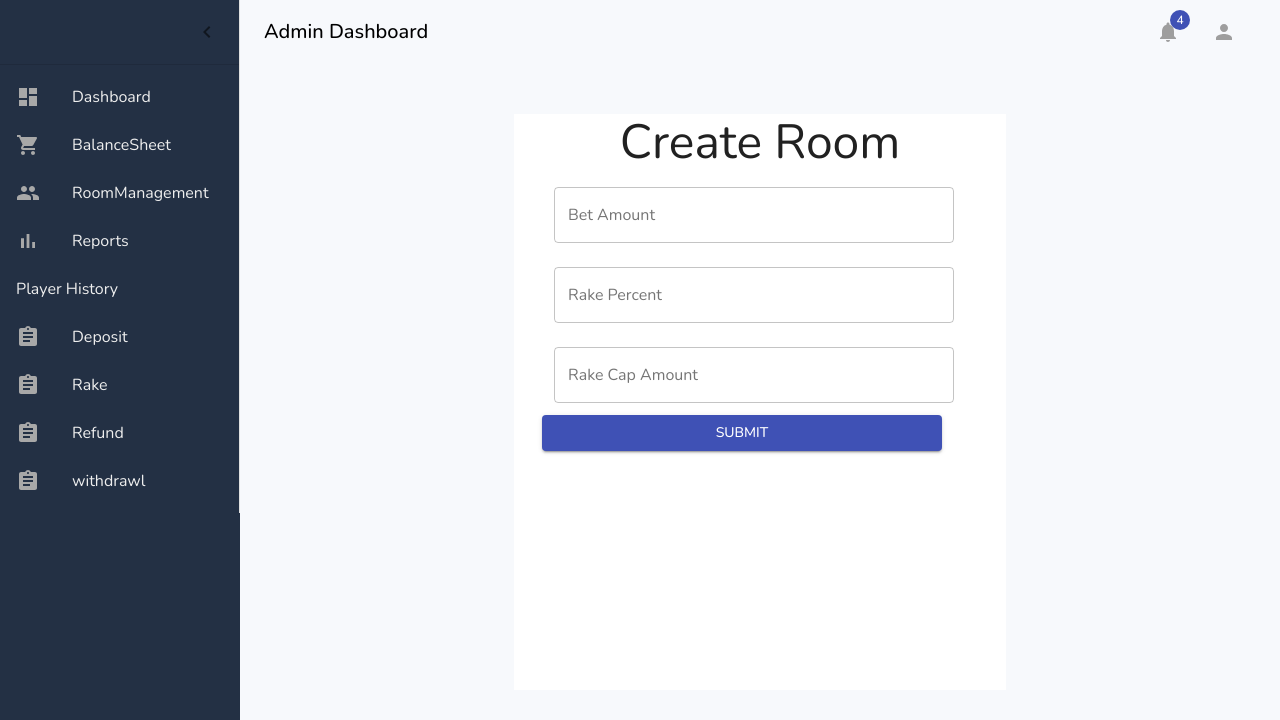
Repository: imayankbisht/ludofrontend
Page: /create
An editor plug-in stored every save of this project. The page is shown before and after the next save, followed by the edit.
The browser window is 1280 px wide. The pictures show the whole page.
The project was rebuilt for these pictures with package versions that can differ from the ones it lists, and the page was loaded fresh each time. Also part of the build but not shown: src/Components/Title.js, src/Components/Cards/Deposits.js, src/Components/Cards/Cashout.js, src/Components/Cards/Netbalance.js, src/Components/Cards/Rake.js, src/Components/Cards/Refund.js, src/Components/UserControl.js, src/Components/UserTable.js and 5 more.

Above is the page before, as saved 2021-01-20 13:11:15.

### src/App.js
import React from 'react';
import './App.css';
import {
  BrowserRouter as Router,
  Switch,
  Route,
 Redirect
} from "react-router-dom";
// import SignInOutContainer from './containers';
import Dashboard from './Components/Dashboard';
import Login from './Components/login';
// import RoomManagement from './Container/RoomManagement';
import UserManagement from './Components/UserManagement';
import UserForm from './Components/UserForm';
import EditForm from './Components/EditForm';
import BalanceSheet from './Components/balanceSheet';
import Routes from './routes';
import Main from './Container/Main';
 function App(props) {
  return (
    <div className="App">
  <Router >

   <Main/>
  </Router>


      </div>
  );
}


export default App;

### src/App.css
.App {
  /* text-align: center; */

}

.App-logo {
  height: 40vmin;
  pointer-events: none;
}

@media (prefers-reduced-motion: no-preference) {
  .App-logo {
    animation: App-logo-spin infinite 20s linear;
  }
}

.App-header {
  background-color: #282c34;
  min-height: 100vh;
  display: flex;
  flex-direction: column;
  align-items: center;
  justify-content: center;
  font-size: calc(10px + 2vmin);
  color: white;
}

.App-link {
  color: #61dafb;
}

@keyframes App-logo-spin {
  from {
    transform: rotate(0deg);
  }
  to {
    transform: rotate(360deg);
  }
}

### src/Components/Dashboard.js
import React from 'react';
import clsx from 'clsx';
import { makeStyles } from '@material-ui/core/styles';
import CssBaseline from '@material-ui/core/CssBaseline';
import Drawer from '@material-ui/core/Drawer';
import Box from '@material-ui/core/Box';
import AppBar from '@material-ui/core/AppBar';
import Toolbar from '@material-ui/core/Toolbar';
import List from '@material-ui/core/List';
import Typography from '@material-ui/core/Typography';
import Divider from '@material-ui/core/Divider';
import IconButton from '@material-ui/core/IconButton';
import Badge from '@material-ui/core/Badge';
import Container from '@material-ui/core/Container';
import Grid from '@material-ui/core/Grid';
import Paper from '@material-ui/core/Paper';
// import Link from '@material-ui/core/Link';
import MenuIcon from '@material-ui/icons/Menu';
import ChevronLeftIcon from '@material-ui/icons/ChevronLeft';
import NotificationsIcon from '@material-ui/icons/Notifications';
import Deposits from './Cards/Deposits';
import MenuItem from "@material-ui/core/MenuItem";
import MenuList from "@material-ui/core/MenuList";
import Hidden from "@material-ui/core/Hidden";
import Grow from "@material-ui/core/Grow";
import Poppers from "@material-ui/core/Popper";
import ClickAwayListener from "@material-ui/core/ClickAwayListener";
import Person from "@material-ui/icons/Person";
import classNames from "classnames";
import Button from "@material-ui/core/Button";
import {Link, Redirect} from 'react-router-dom';
import "typeface-nunito";
import  Cashout from './Cards/Cashout';
import Netbalance from './Cards/Netbalance';
import Rake from './Cards/Rake';
import Refund from './Cards/Refund';
import UserManagement from './UserManagement';
import routes from '../routes'
import { Switch, Route} from "react-router-dom";
import ListItem from '@material-ui/core/ListItem';
import ListItemIcon from '@material-ui/core/ListItemIcon';
import BalanceSheet from './balanceSheet';
import Sidebar from './Sidebar';
import Routes from '../routes';
import { ThemeProvider, createMuiTheme } from '@material-ui/core/styles';
const theme = createMuiTheme({

  typography: {
      fontFamily: [
        'Nunito',
        'serif',
      ].join(','),
  },
});

const drawerWidth = 240;

const useStyles = makeStyles((theme) => ({
  root: {
    display: 'flex',
  },
  toolbar: {
    paddingRight: 24, // keep right padding when drawer closed
  },
  toolbarIcon: {
    display: 'flex',
    alignItems: 'center',
    justifyContent: 'flex-end',
    padding: '0 8px',
    ...theme.mixins.toolbar,
  },
  appBar: {
    zIndex: theme.zIndex.drawer + 1,
    transition: theme.transitions.create(['width', 'margin'], {
      easing: theme.transitions.easing.sharp,
      duration: theme.transitions.duration.leavingScreen,
    }),
  },
  appBarShift: {
    marginLeft: drawerWidth,
    width: `calc(100% - ${drawerWidth}px)`,
    transition: theme.transitions.create(['width', 'margin'], {
      easing: theme.transitions.easing.sharp,
      duration: theme.transitions.duration.enteringScreen,
    }),
  },
  menuButton: {
    marginRight: 36,
  },
  menuButtonHidden: {
    display: 'none',
  },
  title: {
    flexGrow: 1,
  },
  drawerPaper: {
    position: 'relative',
    whiteSpace: 'nowrap',
    width: drawerWidth,
    transition: theme.transitions.create('width', {
      easing: theme.transitions.easing.sharp,
      duration: theme.transitions.duration.enteringScreen,
    }),
  },
  drawerPaperClose: {
    overflowX: 'hidden',
    transition: theme.transitions.create('width', {
      easing: theme.transitions.easing.sharp,
      duration: theme.transitions.duration.leavingScreen,
    }),
    width: theme.spacing(7),
    [theme.breakpoints.up('sm')]: {
      width: theme.spacing(9),
    },
  },
  appBarSpacer: theme.mixins.toolbar,
  content: {
    flexGrow: 1,
    height: '100vh',
    overflow: 'auto',
  },
  container: {
    paddingTop: theme.spacing(4),
    paddingBottom: theme.spacing(4),
  },
  paper: {
    padding: theme.spacing(2),
    display: 'flex',
    overflow: 'auto',
    flexDirection: 'column',
  },
  fixedHeight: {
    height: 240,
  },
}));

 function Dashboard(props) {
  const classes = useStyles();
  const [open, setOpen] = React.useState(true);
  const [openProfile, setOpenProfile] = React.useState(null);
  const handleClickProfile = event => {
    if (openProfile && openProfile.contains(event.target)) {
      setOpenProfile(null);
    } else {
      setOpenProfile(event.currentTarget);
    }
  };
  const handleCloseProfile = () => {
    setOpenProfile(null);
  };
  const handleDrawerOpen = () => {
    setOpen(true);
  };
  const handleDrawerClose = () => {
    setOpen(false);
  };
  const fixedHeightPaper = clsx(classes.paper, classes.fixedHeight);

  return (
    <ThemeProvider theme={theme}>
    <div className={classes.root}>
      <CssBaseline />
      <AppBar position="absolute" style={{ background: '#f7f9fc',color:'black',boxShadow: "none" }} className={clsx(classes.appBar, open && classes.appBarShift)}>
        <Toolbar className={classes.toolbar}>
          <IconButton
            edge="start"
            color="inherit"
            aria-label="open drawer"
            onClick={handleDrawerOpen}
            className={clsx(classes.menuButton, open && classes.menuButtonHidden)}
          >
            <MenuIcon />
          </IconButton>

          <Typography component="h1" variant="h6"  color="inherit" noWrap className={classes.title}>
          Admin Dashboard
          </Typography>

          <IconButton style={{ color: '#9e9e9e'}} color="inherit">
            <Badge badgeContent={4}  color="primary">
              <NotificationsIcon  />
            </Badge>
          </IconButton>
          <Button
          color={window.innerWidth > 959 ? "transparent" : "white"}
          justIcon={window.innerWidth > 959}
          simple={!(window.innerWidth > 959)}
          aria-owns={openProfile ? "profile-menu-list-grow" : null}
          aria-haspopup="true"
          onClick={handleClickProfile}
          className={classes.buttonLink}
        >
          <Person style={{ color: '#9e9e9e'}} className={classes.icons} />
          <Hidden mdUp implementation="css">
            <p className={classes.linkText}>Profile</p>
          </Hidden>
        </Button>
        <Poppers
          open={Boolean(openProfile)}
          anchorEl={openProfile}
          transition
          disablePortal
          className={
            classNames({ [classes.popperClose]: !openProfile }) +
            " " +
            classes.popperNav
          }
        >
          {({ TransitionProps, placement }) => (
            <Grow
              {...TransitionProps}
              id="profile-menu-list-grow"
              style={{
                transformOrigin:
                  placement === "bottom" ? "center top" : "center bottom"
              }}
            >
              <Paper>
                <ClickAwayListener onClickAway={handleCloseProfile}>
                  <MenuList role="menu">
                    <MenuItem
                      onClick={handleCloseProfile}
                      className={classes.dropdownItem}
                    >
                      Profile
                    </MenuItem>
                    <MenuItem
                      onClick={handleCloseProfile}
                      className={classes.dropdownItem}
                    >
                      Settings
                    </MenuItem>
                    <Divider light />
                    <Link style={{color:'black', textDecoration:'none'}} to="login">
                    <MenuItem
                      onClick={handleCloseProfile}
                      className={classes.dropdownItem}
                    >
                      Logout
                    </MenuItem>
                    </Link>
                  </MenuList>
                </ClickAwayListener>
              </Paper>
            </Grow>
          )}
        </Poppers>
        </Toolbar>
      </AppBar>
     <Box bgcolor="#233044">
     <Drawer
        variant="permanent"
        classes={{
          paper: clsx(classes.drawerPaper, !open && classes.drawerPaperClose),
        }}
        open={open}
      >
        <Box bgcolor="#233044">
        <div className={classes.toolbarIcon}>
          <IconButton onClick={handleDrawerClose}>
            <ChevronLeftIcon />
          </IconButton>
        </div>
        <Divider />
        <List><Sidebar /></List>
        </Box>
      </Drawer>
     </Box>
      <main style={{ background: '#f7f9fc'}} className={classes.content}>
        <div className={classes.appBarSpacer} />
        <Container maxWidth="lg" className={classes.container}>
          <Grid container spacing={3}>


              <Routes/>

          </Grid>


        </Container>
      </main>
    </div>
    </ThemeProvider>
  );
}
export default Dashboard;

### src/Components/UserForm.js
import React ,{useState , useEffect} from 'react';
import {apiCall} from '../services/apiCall';
import {Container, Typography ,Grid ,TextField , makeStyles ,Button} from '@material-ui/core';
import "typeface-nunito";
import { ThemeProvider, createMuiTheme } from '@material-ui/core/styles';
const theme = createMuiTheme({

  typography: {
      fontFamily: [
        'Nunito',
        'serif',
      ].join(','),
  },

});

const useStyles = makeStyles((theme)=>({
  paper: {
    marginTop: theme.spacing(8),
    display: 'flex',
    flexDirection: 'column',
    alignItems: 'center',
  },
  avatar: {
    margin: theme.spacing(1),
    backgroundColor: theme.palette.secondary.main,
  },
  form: {
    width: '100%', // Fix IE 11 issue.
    marginTop: theme.spacing(1),
  },
  submit: {
    margin: theme.spacing(3, 0, 2),
  },
  body: {
    backgroundColor: "#F7F9FC"
  },


}))


export default function UserForm(props){
    const {heading} = props;
    const [betAmount , setBetamount]=useState("");
    const [rakePercent , setRakepercent]=useState("");
    const [rakeCapAmount , setRakeCapAmount]=useState("");
    const classes = useStyles();

    const handleSubmit = (e) =>{
       e.preventDefault();
       const data ={
         bet:betAmount,
         rakePercent:rakePercent,
         rakeCap:rakeCapAmount
       }
       apiCall('post','https://ylrwt.sse.codesandbox.io/room/createroom',data);
       setRakeCapAmount("");
       setBetamount("");
       setRakepercent("");
    }
    return(
      <ThemeProvider theme={theme}>
            <Container  maxWidth="sm" className={classes.root}>
            <Typography component="div" style={{ backgroundColor: '#FFFFFF', height: '80vh' ,margin:'30px' }}>
            <Typography align="center" variant="h3" component="h2" gutterBottom>
                {heading}
            </Typography>
            <form onSubmit={handleSubmit} className={classes.form} >
                <Grid container spacing={3}>
                   <Grid item sm={4} md={12}>
                     <TextField

                        label="Bet Amount"
                        name="betAmount"
                        variant="outlined"
                        style={{width:'400px',marginLeft:'40px'}}
                        value={betAmount}
                        onChange={(e)=>{setBetamount(e.target.value)}}
                      />
                        </Grid>
                        <Grid item sm={4} md={12}>
                      <TextField
                        label="Rake Percent"
                        name="rakePercent"
                        variant="outlined"
                        style={{width:'400px',marginLeft:'40px'}}

                        value={rakePercent}
                        onChange={(e)=>{setRakepercent(e.target.value)}}
                      />
                        </Grid>
                        <Grid item sm={4} md={12}>
                      <TextField
                        label="Rake Cap Amount"
                        name="rakeCapAmount"
                        variant="outlined"
                        style={{width:'400px',marginLeft:'40px'}}

                        value={rakeCapAmount}
                        onChange={(e)=>{setRakeCapAmount(e.target.value)}}
                      />
                   </Grid>
                   <Button type="submit" variant="contained"  color="primary"
                   style={{width:'400px',marginLeft:'40px'}}>
                   Submit
                </Button>
                </Grid>

            </form>
            </Typography>
            </Container>
            </ThemeProvider>
    )
}

### src/routes.js
import React from 'react';
import {
  BrowserRouter as Router,
  Switch,
  Route,
  Redirect
} from "react-router-dom";
// import SignInOutContainer from './containers';
import Dashboard from './Components/Dashboard';
import Login from './Components/login';
// import RoomManagement from './Container/RoomManagement';
import UserManagement from './Components/UserManagement';
import UserForm from './Components/UserForm';
import EditForm from './Components/EditForm';
import BalanceSheet from './Components/balanceSheet';
import Main from './Container/Main';
function Routes() {
  return (

    <Router >


      <Route>
      {/* <Route path="/login" render={props => <Login {...props} />} /> */}

        <Route path="/BalanceSheet" render={props => <BalanceSheet {...props} />} />

        <Route path="/roomManagement" render={props => <UserManagement {...props} />} />
        <Route path="/create" render={props => (
          <UserForm heading="Create Room" {...props} />
        )} />
        <Route exact path="/api/edit/:id" render={props => {
          return (
            <EditForm {...props} />
          )
        }} />


      </Route>


    </Router>

  );
}


export default Routes;

### src/Container/Main.js
import UserManagement from '../Components/UserManagement';
import {Switch ,Route,Redirect} from 'react-router-dom';
import UserForm from '../Components/UserForm';
import EditForm from '../Components/EditForm';
import React from 'react';
import Dashboard from '../Components/Dashboard';
import Sidebar from '../Components/Sidebar';
import Login from '../Components/login';
import Routes from '../routes';
export default function Main(props){
    return(
        <div>
            {/* <Switch>
                <Route exact path="/userman" render={props =><UserManagement {...props} />} />
                <Route exact path="/create" render={props =>(
                    <UserForm heading="Create Room" />
                )}/>
                <Route exact path="/api/edit/:id" render={props =>{
                    return(
                        <EditForm {...props}/>
                    )
                }}/>
            </Switch> */}
           {/* <Switch>

            <Route path="/login" component={Login} />
         <Route path="/Dashboard" component={Dashboard} />

            <Redirect from="/" to="/login" />
           </Switch> */}

          <Dashboard/>

        </div>
    )
}

### src/Components/Sidebar.js
import React,{useState} from 'react';
import ListItem from '@material-ui/core/ListItem';
import {SidebarItems} from './SidebarItems';
import {Link} from 'react-router-dom';
import { ListItemText } from '@material-ui/core';
import ListItemIcon from '@material-ui/core/ListItemIcon';

export default function Sidebar(defaultActive) {
    const [activeIndex, setActiveIndex] = useState(defaultActive || 1);
    return (
        <>

                {

                    SidebarItems.map((item,index)=> {
                        const {name,icon,route}=item;

                        return (
                            <Link style={{ textDecoration: 'none'}} to={route}>
                            <ListItem style={{ color: '#eeeeee'}} key={name} active={index === activeIndex} >
                                {icon && <ListItemIcon style={{ color: '#a8a8a8'}}>{icon}</ListItemIcon>}
                               <ListItemText primary={name} />
                            </ListItem>
                            </Link>
                        );
                    })
                }

        </>
    );
}

### src/services/apiCall.js
import axios from 'axios';

export function apiCall(method ,path , data){
    return new Promise((resolve ,reject)=>{
        return axios[method](path , data)
        .then(res => {
            return resolve(res.data);
        })
        .catch(err =>{
            return reject(err.response.data.error);
        });
    });
}

### src/Components/SidebarItems.js
import React from 'react';
import ListItem from '@material-ui/core/ListItem';
import ListItemIcon from '@material-ui/core/ListItemIcon';
import ListItemText from '@material-ui/core/ListItemText';
import ListSubheader from '@material-ui/core/ListSubheader';
import DashboardIcon from '@material-ui/icons/Dashboard';
import ShoppingCartIcon from '@material-ui/icons/ShoppingCart';
import PeopleIcon from '@material-ui/icons/People';
import BarChartIcon from '@material-ui/icons/BarChart';
import LayersIcon from '@material-ui/icons/Layers';
import AssignmentIcon from '@material-ui/icons/Assignment';
import Box from '@material-ui/core/Box';
import Divider from '@material-ui/core/Divider';
import "typeface-nunito";
import { ThemeProvider, createMuiTheme } from '@material-ui/core/styles';
import { Button } from '@material-ui/core';
import { Link } from 'react-router-dom';
const theme = createMuiTheme({

  typography: {
    fontFamily: [
      'Nunito',
      'serif',
    ].join(','),
  },
});
export const SidebarItems = [

  // <ThemeProvider theme={theme}>
  // <div>

  //  <ListItem button>
  //     <ListItemIcon>
  //       <DashboardIcon  style={{ color: '#a8a8a8'}}/>
  //     </ListItemIcon>
  //     <ListItemText style={{ color: '#eeeeee'}}  primary="Dashboard" />
  //   </ListItem>
  //   <ListItem button>
  //     <ListItemIcon>
  //       <ShoppingCartIcon style={{ color: '#a8a8a8'}}/>
  //     </ListItemIcon>
  //     <ListItemText style={{ color: '#eeeeee'}} primary="BalanceSheet" />
  //   </ListItem>
  //   <ListItem button>
  //     <ListItemIcon>
  //       <PeopleIcon style={{ color: '#a8a8a8'}} />
  //     </ListItemIcon>
  //     <Link style={{ textDecoration:'none'}}to="/UserManagement">

  //     <ListItemText style={{ color: '#eeeeee'}} primary="RoomManagement" />
  //     </Link>
  //   </ListItem>
  //   <ListItem button>
  //     <ListItemIcon>
  //       <BarChartIcon style={{ color: '#a8a8a8'}} />
  //     </ListItemIcon>
  //     <ListItemText style={{ color: '#eeeeee'}} primary="Reports" />
  //   </ListItem>
  //   <Divider />
  //   <ListSubheader style={{ color: '#eeeeee'}} inset>Player history</ListSubheader>
  //   <ListItem button>
  //     <ListItemIcon>
  //       <AssignmentIcon style={{ color: '#a8a8a8'}} />
  //     </ListItemIcon>
  //     <ListItemText style={{ color: '#eeeeee'}} primary="Deposit" />
  //   </ListItem>
  //   <ListItem button>
  //     <ListItemIcon>
  //       <AssignmentIcon style={{ color: '#a8a8a8'}} />
  //     </ListItemIcon>
  //     <ListItemText style={{ color: '#eeeeee'}} primary="Rake" />
  //   </ListItem>
  //   <ListItem button>
  //     <ListItemIcon>
  //       <AssignmentIcon style={{ color: '#a8a8a8'}} />
  //     </ListItemIcon>
  //     <ListItemText style={{ color: '#eeeeee'}} primary="Refund" />
  //   </ListItem>
  //   <ListItem button>
  //     <ListItemIcon>
  //       <AssignmentIcon style={{ color: '#a8a8a8'}} />
  //     </ListItemIcon>
  //     <ListItemText style={{ color: '#eeeeee'}} primary="Withdrawl" />
  //   </ListItem>


  // </div>
  // </ThemeProvider>
  {
    route:'/Dashboard',
    name: "Dashboard",
    icon:<DashboardIcon/>
  },
  {
    route:'/BalanceSheet',
    name: "BalanceSheet",
    icon:<ShoppingCartIcon/>
  },
  {
    route:'/roomManagement',
    name: "RoomManagement",
    icon:<PeopleIcon/>
  },
  {

    name: "Reports",
    icon:<BarChartIcon/>
  },
  {
    name: "Player History"
  },
  {
    name: "Deposit",
    icon:<AssignmentIcon/>
  },
  {
    name: "Rake",
    icon:<AssignmentIcon/>
  },
  {
    name: "Refund",
    icon:<AssignmentIcon/>
  },
  {
    name: "withdrawl",
    icon:<AssignmentIcon/>
  },

];

Loaded but not shown: public/index.html (common file); src/index.js (common file); src/index.css (common file); src/serviceWorker.js (common file)

After the next save:
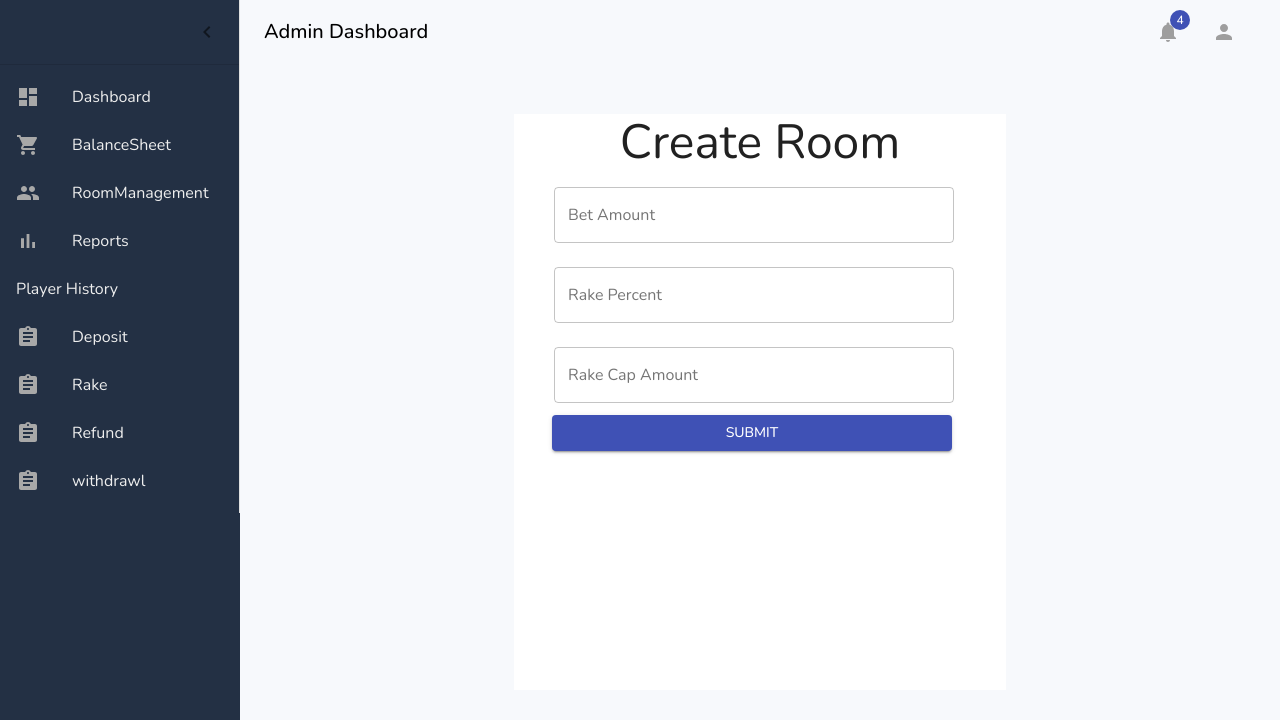
Saved 8 s later.
--- a/src/Components/UserForm.js
+++ b/src/Components/UserForm.js
@@ -102,7 +102,7 @@ export default function UserForm(props){
                       />
                    </Grid>
                    <Button type="submit" variant="contained"  color="primary"
-                   style={{width:'400px',marginLeft:'40px'}}>
+                   style={{width:'400px',marginLeft:'50px'}}>
                    Submit
                 </Button>
                 </Grid>
